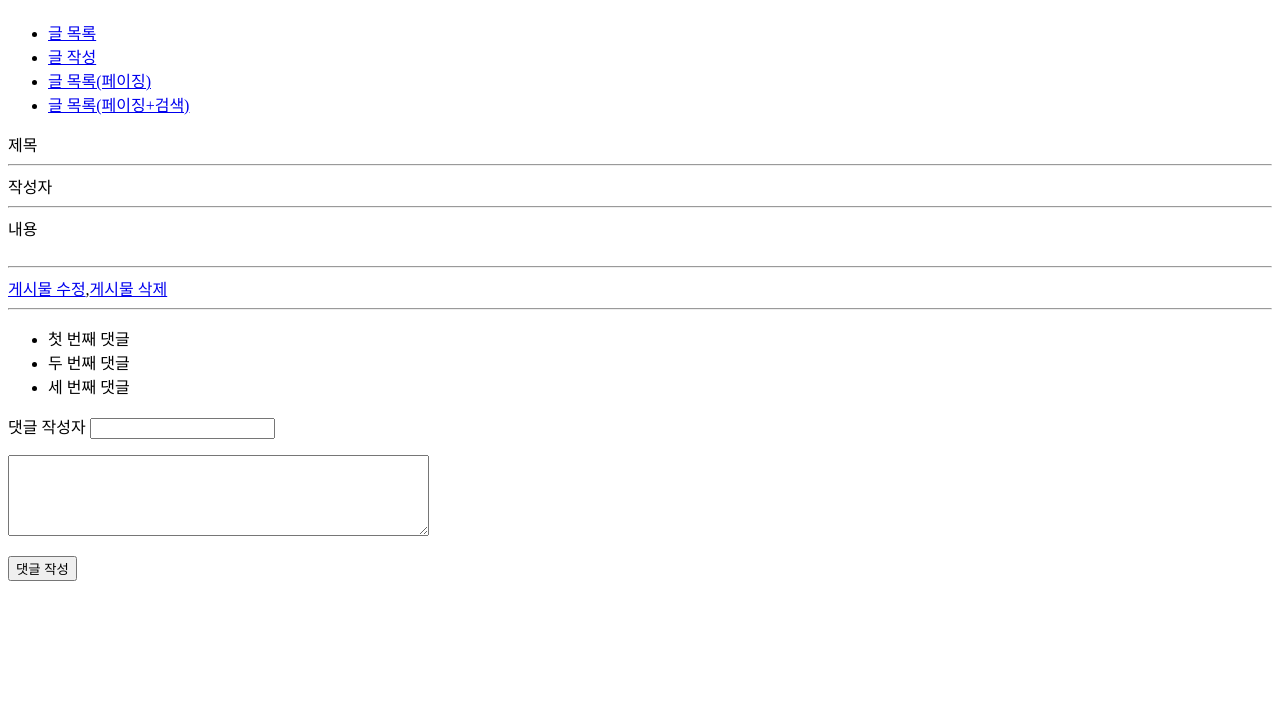
Repository: parkdonghwan97/Board_Spring
Page: http://localhost/board/WEB-INF/views/board/view.jsp
An editor plug-in stored every save of this project. The page is shown before and after the next save, followed by the edit.
The browser window is 1280 px wide. The pictures show the whole page.
The page is served by Tomcat 9. Nobody is signed in. The template is opened directly, without the code that normally fills it, so the values that code supplies are empty.

Above is the page before, as saved 2022-07-10 03:31:10.

After the next save:
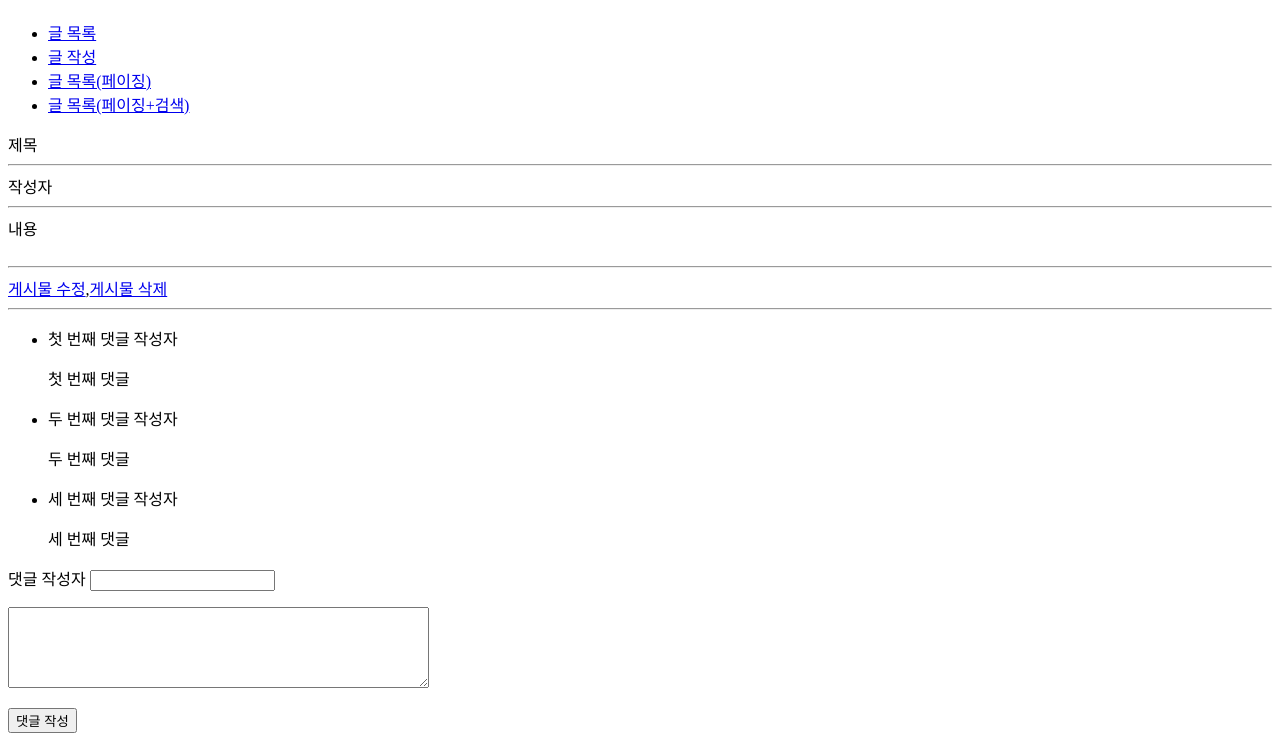
Saved 2 min 38 s later.
--- a/workspace/board/src/main/webapp/WEB-INF/views/board/view.jsp
+++ b/workspace/board/src/main/webapp/WEB-INF/views/board/view.jsp
@@ -33,9 +33,24 @@ ${view.content}<br /><hr>
 <hr />
 
 <ul>
-	<li>첫 번째 댓글</li>
-	<li>두 번째 댓글</li>
-	<li>세 번째 댓글</li>
+	<li>
+		<div>
+			<p>첫 번째 댓글 작성자</p>
+			<p>첫 번째 댓글</p>
+		</div>
+	</li>
+	<li>
+		<div>
+			<p>두 번째 댓글 작성자</p>
+			<p>두 번째 댓글</p>
+		</div>
+	</li>
+	<li>
+		<div>
+			<p>세 번째 댓글 작성자</p>
+			<p>세 번째 댓글</p>
+		</div>
+	</li>
 </ul>
 
 <div>
